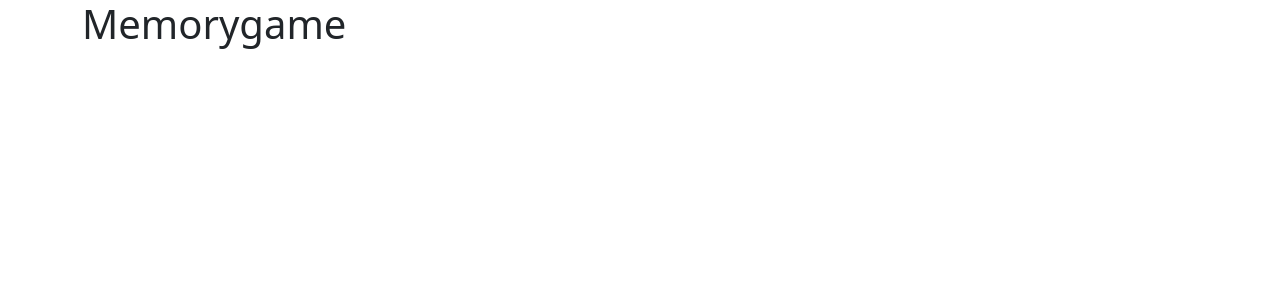
Repository: zsanber/memorygame
Page: /
An editor plug-in stored every save of this project. The page is shown before and after a run of saves, followed by the edit.
The browser window is 1280 px wide. The pictures show the whole page.
The project was rebuilt for these pictures with package versions that can differ from the ones it lists, and the page was loaded fresh each time.

Above is the page before, as saved 2022-02-06 10:12:37.

After the next 4 saves:
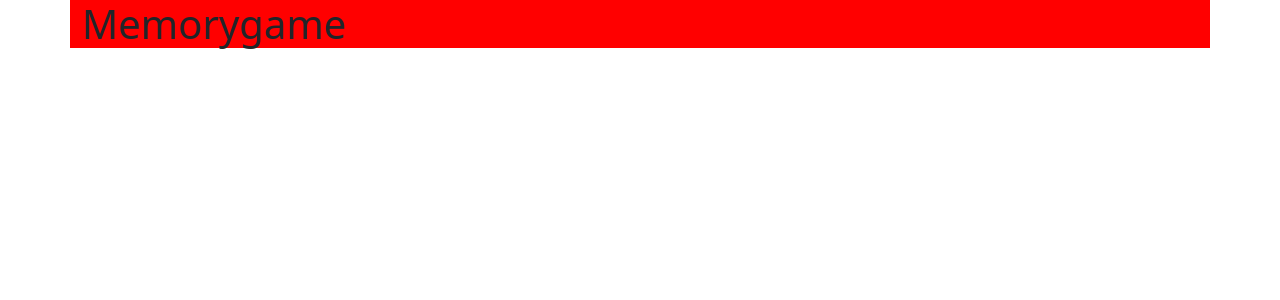
The 4 saves are shown as one change because they came seconds apart.
The last was saved 12 s later.
--- a/src/App.css
+++ b/src/App.css
@@ -1,3 +1,4 @@
 .container {
   max-width: 800px;
+  background-color: red;
 }
